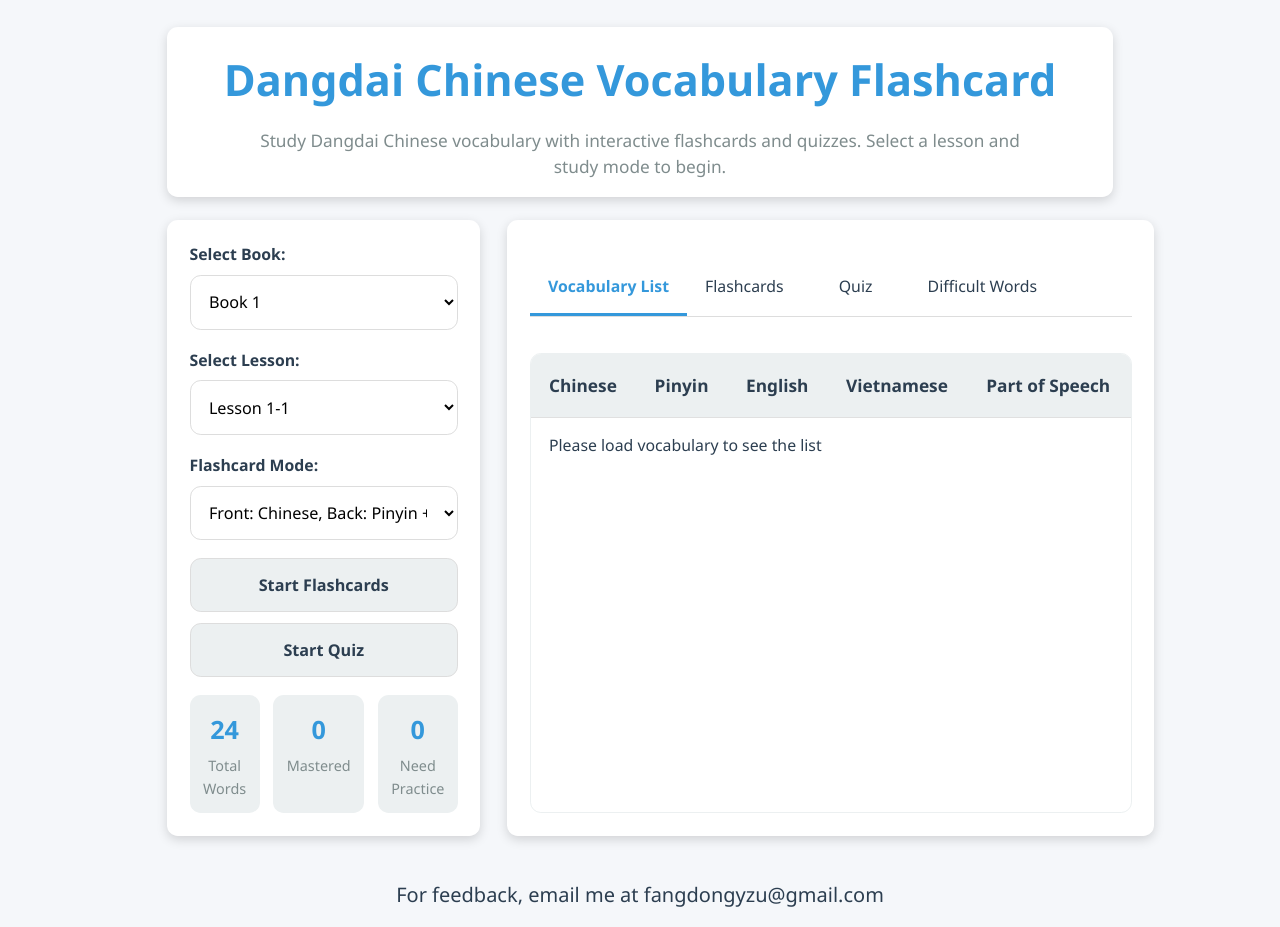
Repository: fangdongyzu/dangdaiflashcards
Page: index.html
The author's editor kept a copy of each file at every save. The page is drawn from the files as they stood at one save, then again after the next save.
The browser window is 1280 px wide. The pictures show the whole page.

Above is the page before, as saved 2025-11-23 23:23:52.

### index.html
<!DOCTYPE html>
<html lang="en">

<head>
    <meta charset="UTF-8">
    <meta name="viewport" content="width=device-width, initial-scale=1.0">
    <title> Dangdai Chinese Vocabulary Flashcard</title>
    <link rel="stylesheet" href="styles.css">
</head>

<body>
    <div class="container">
        <header>
            <h1>Dangdai Chinese Vocabulary Flashcard</h1>
            <p class="app-description">Study Dangdai Chinese vocabulary with interactive flashcards and quizzes. Select
                a lesson and study mode to begin.</p>
        </header>

        <div class="main-content">
            <div class="control-panel">
                <div class="form-group">
                    <label for="book-select">Select Book:</label>
                    <select id="book-select">
                        <option value="B1">Book 1</option>
                        <option value="B2">Book 2</option>
                        <option value="B3">Book 3</option>
                        <option value="B4">Book 4</option>
                        <option value="B5">Book 5</option>
                        <option value="B6">Book 6</option>
                    </select>
                </div>

                <div class="form-group">
                    <label for="lesson-select">Select Lesson:</label>
                    <select id="lesson-select">
                        <!-- Lessons will be populated by JavaScript -->
                    </select>
                </div>

                <div class="form-group">
                    <label for="mode-select">Flashcard Mode:</label>
                    <select id="mode-select">
                        <option value="chinese-front">Front: Chinese, Back: Pinyin + English + Vietnamese</option>
                        <option value="pinyin-front">Front: Pinyin, Back: Chinese + English + Vietnamese</option>
                        <option value="english-front">Front: English, Back: Chinese + Pinyin + Vietnamese</option>
                        <option value="vietnamese-front">Front: Vietnamese, Back: Chinese + Pinyin + English</option>
                    </select>
                </div>

                <div class="button-group">
                    <button id="start-flashcards-btn" class="btn secondary">Start Flashcards</button>
                    <button id="start-quiz-btn" class="btn secondary">Start Quiz</button>
                </div>

                <div class="stats">
                    <div class="stat-item">
                        <div class="stat-value" id="total-words">0</div>
                        <div class="stat-label">Total Words</div>
                    </div>
                    <div class="stat-item">
                        <div class="stat-value" id="mastered-words">0</div>
                        <div class="stat-label">Mastered</div>
                    </div>
                    <div class="stat-item">
                        <div class="stat-value" id="difficult-words">0</div>
                        <div class="stat-label">Need Practice</div>
                    </div>
                </div>

                <div class="loading-indicator hidden" id="loading-indicator">
                    <div class="loading-spinner"></div>
                    <p>Loading vocabulary data...</p>
                </div>
            </div>

            <div class="study-area">
                <div class="tab-container">
                    <div class="tabs">
                        <div class="tab active" data-tab="vocabulary">Vocabulary List</div>
                        <div class="tab" data-tab="flashcards">Flashcards</div>
                        <div class="tab" data-tab="quiz">Quiz</div>
                        <div class="tab" data-tab="difficult">Difficult Words</div>
                    </div>

                    <div class="tab-content active" id="vocabulary-content">
                        <div class="vocabulary-list">
                            <table class="vocabulary-table">
                                <thead>
                                    <tr>
                                        <th>Chinese</th>
                                        <th>Pinyin</th>
                                        <th>English</th>
                                        <th>Vietnamese</th>
                                        <th>Part of Speech</th>
                                    </tr>
                                </thead>
                                <tbody id="vocabulary-table-body">
                                    <tr>
                                        <td colspan="5" class="text-center">Please load vocabulary to see the list</td>
                                    </tr>
                                </tbody>
                            </table>
                        </div>
                    </div>

                    <div class="tab-content" id="flashcards-content">
                        <div class="flashcard" id="flashcard">
                            <div class="flashcard-inner">
                                <div class="flashcard-front">
                                    <div class="chinese-character" id="flashcard-front-content">請選擇課程</div>
                                </div>
                                <div class="flashcard-back">
                                    <div class="flashcard-content" id="flashcard-back-content">Please select a lesson
                                    </div>
                                </div>
                            </div>
                        </div>
                        <div class="flashcard-controls">
                            <button id="prev-card-btn" class="btn secondary">Previous</button>
                            <button id="flip-card-btn" class="btn primary">Flip Card</button>
                            <button id="next-card-btn" class="btn secondary">Next</button>
                            <button id="mark-difficult-btn" class="btn warning">Mark Difficult</button>
                            <button id="mark-mastered-btn" class="btn success">Mark Mastered</button>
                        </div>
                        <div class="progress-info">
                            <div class="progress-text" id="progress-text">Card 0 of 0</div>
                            <div class="progress-bar">
                                <div class="progress" id="flashcard-progress"></div>
                            </div>
                        </div>
                    </div>

                    <div class="tab-content" id="quiz-content">
                        <div class="quiz-setup" id="quiz-setup">
                            <h3>Choose Quiz Type</h3>
                            <div class="quiz-type-selection">
                                <div class="quiz-type-option" data-quiz-type="chinese-english">
                                    <div class="quiz-type-icon">🇹🇼 → 🇺🇸</div>
                                    <div class="quiz-type-info">
                                        <h4>Chinese → English</h4>
                                        <p>Test your English translation skills</p>
                                    </div>
                                </div>
                                <div class="quiz-type-option" data-quiz-type="chinese-vietnamese">
                                    <div class="quiz-type-icon">🇹🇼 → 🇻🇳</div>
                                    <div class="quiz-type-info">
                                        <h4>Chinese → Vietnamese</h4>
                                        <p>Test your Vietnamese translation skills</p>
                                    </div>
                                </div>
                                <div class="quiz-type-option" data-quiz-type="chinese-pinyin">
                                    <div class="quiz-type-icon">🇹🇼 → 📝</div>
                                    <div class="quiz-type-info">
                                        <h4>Chinese → Pinyin</h4>
                                        <p>Test your pinyin knowledge</p>
                                    </div>
                                </div>


                                </div>
                            </div>
                                                        <div class="form-group">
                                <label for="question-count">Number of Questions:</label>
                                <select id="question-count" class="form-control">
                                    <option value="5">5 Questions</option>
                                    <option value="10" selected>10 Questions</option>
                                    <option value="15">15 Questions</option>
                                    <option value="20">20 Questions</option>
                                    <option value="all">All Questions</option>
                                </select>
                            </div>

                            <div class="quiz-start-controls">
                                <button id="start-selected-quiz" class="btn primary" disabled>Start Selected
                                    Quiz</button>
                            </div>




                        </div>

                        <div class="quiz-container hidden" id="quiz-container">
                            <div class="quiz-question" id="quiz-question">Loading question...</div>
                            <div class="quiz-options" id="quiz-options">
                                <!-- Quiz options will be populated by JavaScript -->
                            </div>
                            <div class="quiz-controls">
                                <button id="next-question-btn" class="btn primary hidden">Next Question</button>
                            </div>
                            <div class="progress-info">
                                <div class="progress-text" id="quiz-progress-text">Question 0 of 0</div>
                                <div class="progress-bar">
                                    <div class="progress" id="quiz-progress"></div>
                                </div>
                            </div>
                        </div>
                    </div>

                    <div class="tab-content" id="difficult-content">
                        <div class="difficult-words">
                            <h3>Words Needing Practice</h3>
                            <ul class="difficult-words-list" id="difficult-words-list">
                                <li class="difficult-word text-center">No difficult words yet. Keep studying!</li>
                            </ul>
                            <div class="difficult-words-controls">
                                <button id="practice-difficult-btn" class="btn primary">Practice These Words</button>
                                <button id="clear-difficult-btn" class="btn warning">Clear List</button>
                                 <button id="clear-mastered-btn" class="btn warning">Clear Mastered Words</button>
                            </div>
                        </div>
                    </div>
                </div>
            </div>
        </div>
    </div>

    <script src="script.js"></script>
</body>
<footer style="text-align: center; padding: 1rem 0;font-size: 20px;">
  For feedback, email me at
  <a href="mailto:fangdongyzu@gmail.com">fangdongyzu@gmail.com</a>
</footer>


</html>

Loaded but not shown: script.js (1482 lines, source omitted); styles.css (1068 lines, source omitted)

After the next save:
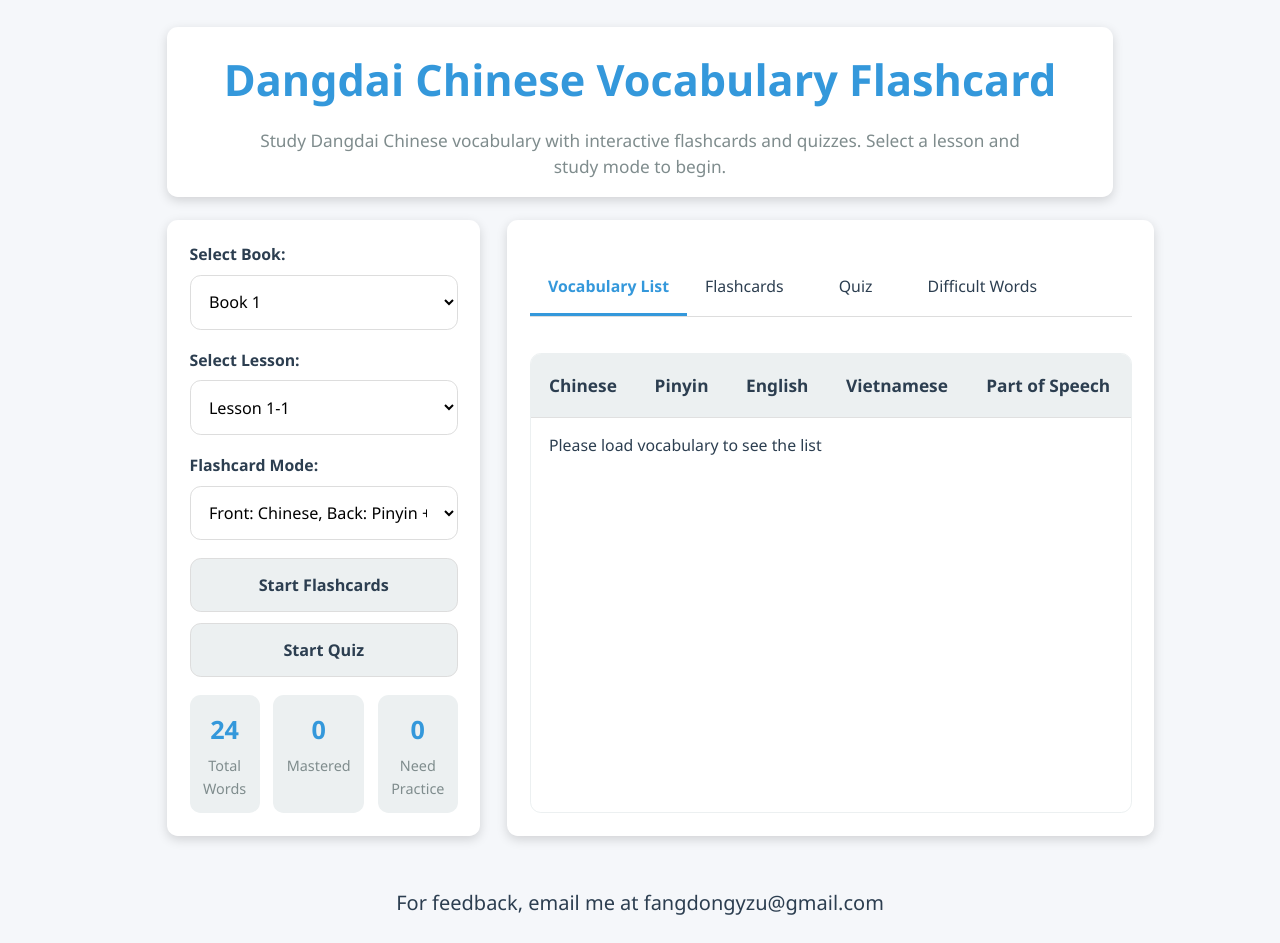
Saved 20 s later.
--- a/index.html
+++ b/index.html
@@ -217,7 +217,7 @@
 
     <script src="script.js"></script>
 </body>
-<footer style="text-align: center; padding: 1rem 0;font-size: 20px;">
+<footer style="text-align: center; padding: 1.5rem 0;font-size: 20px;">
   For feedback, email me at
   <a href="mailto:fangdongyzu@gmail.com">fangdongyzu@gmail.com</a>
 </footer>
